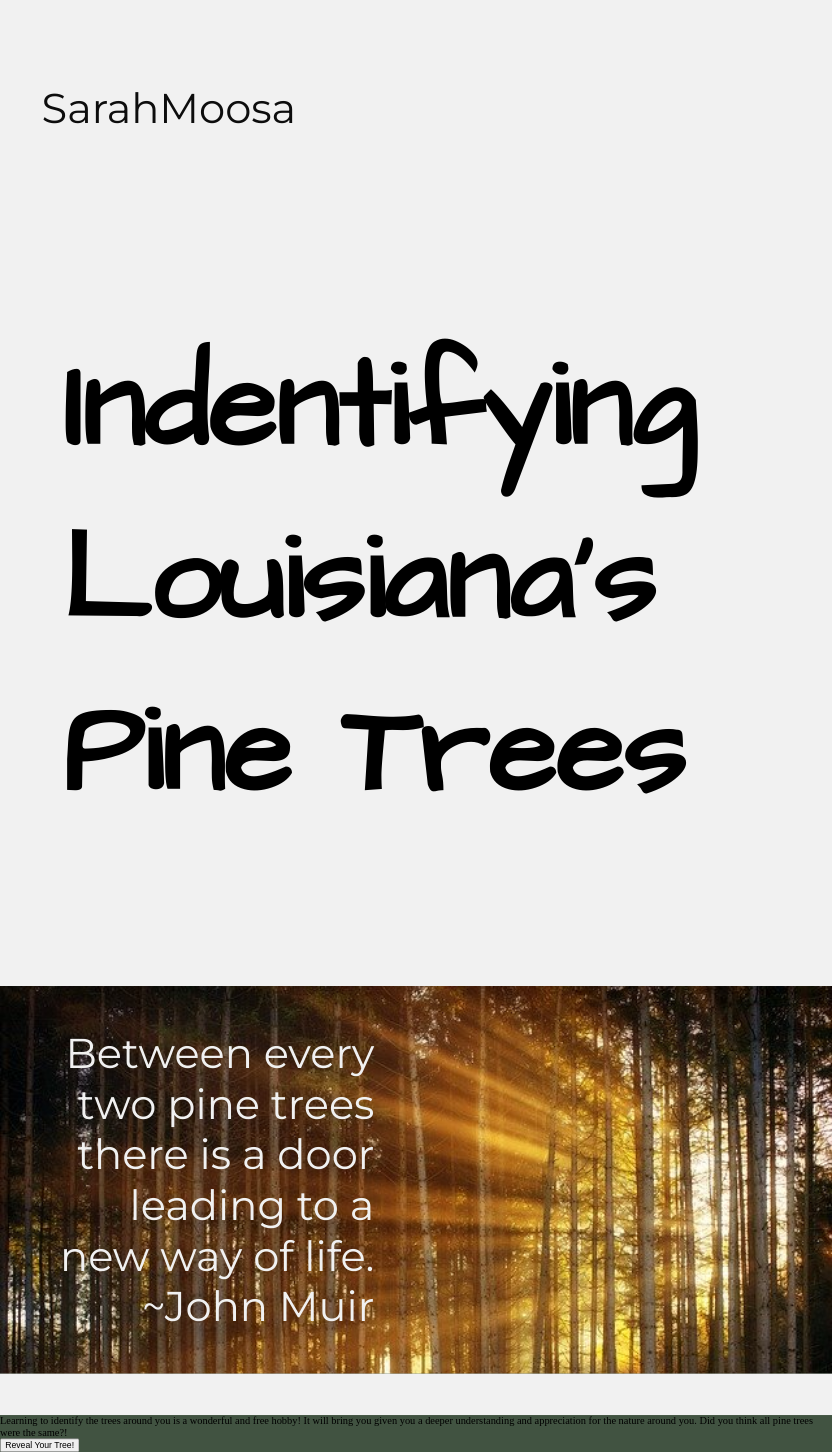
Repository: Sbethm/louisianaPineTrees
Page: pine_main.html
The author's editor kept a copy of each file at every save. The page is drawn from the files as they stood at one save, then again after the next save.
The browser window is 1280 px wide. The pictures show the whole page, at 65% of full size.
The style sheet was rebuilt from its Sass, Less or Tailwind sources for each picture, by a compiler version that may differ from the author's.

Above is the page before, as saved 2021-09-16 13:49:28.

After the next save:
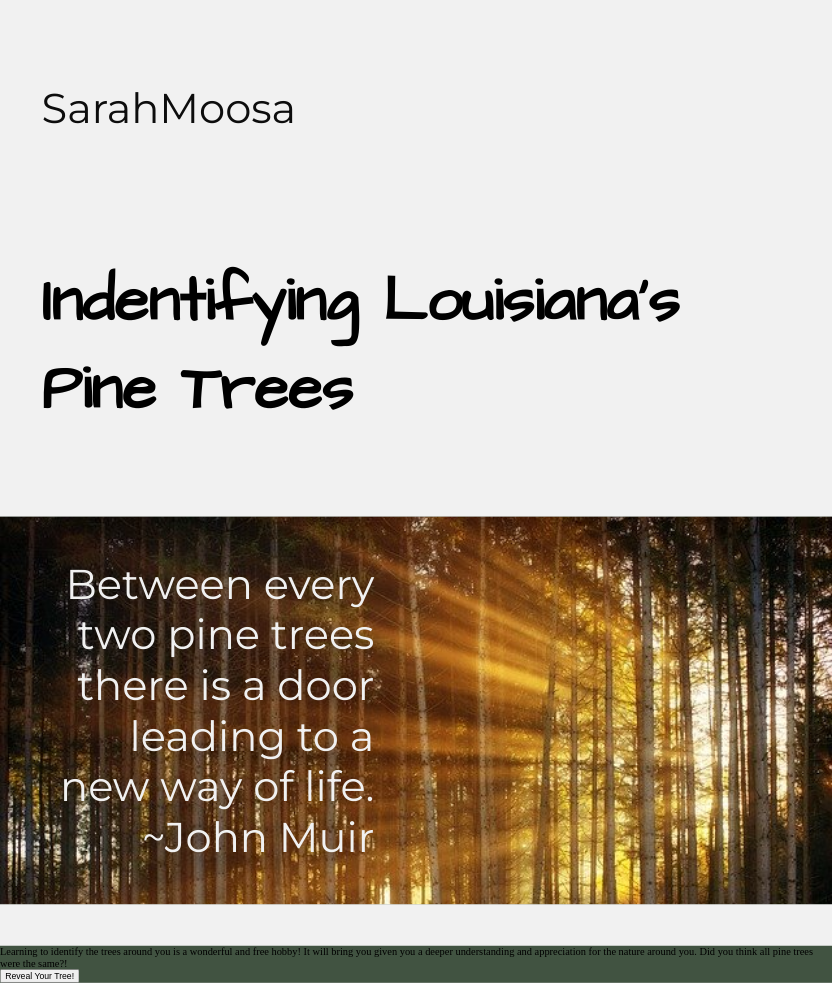
Saved 6 s later.
--- a/src/scss/main.scss
+++ b/src/scss/main.scss
@@ -16,7 +16,7 @@ h2 {
 }
 
 h1{
-    font-size: 12em;
+    font-size: 6em;
 }
 
 p {
